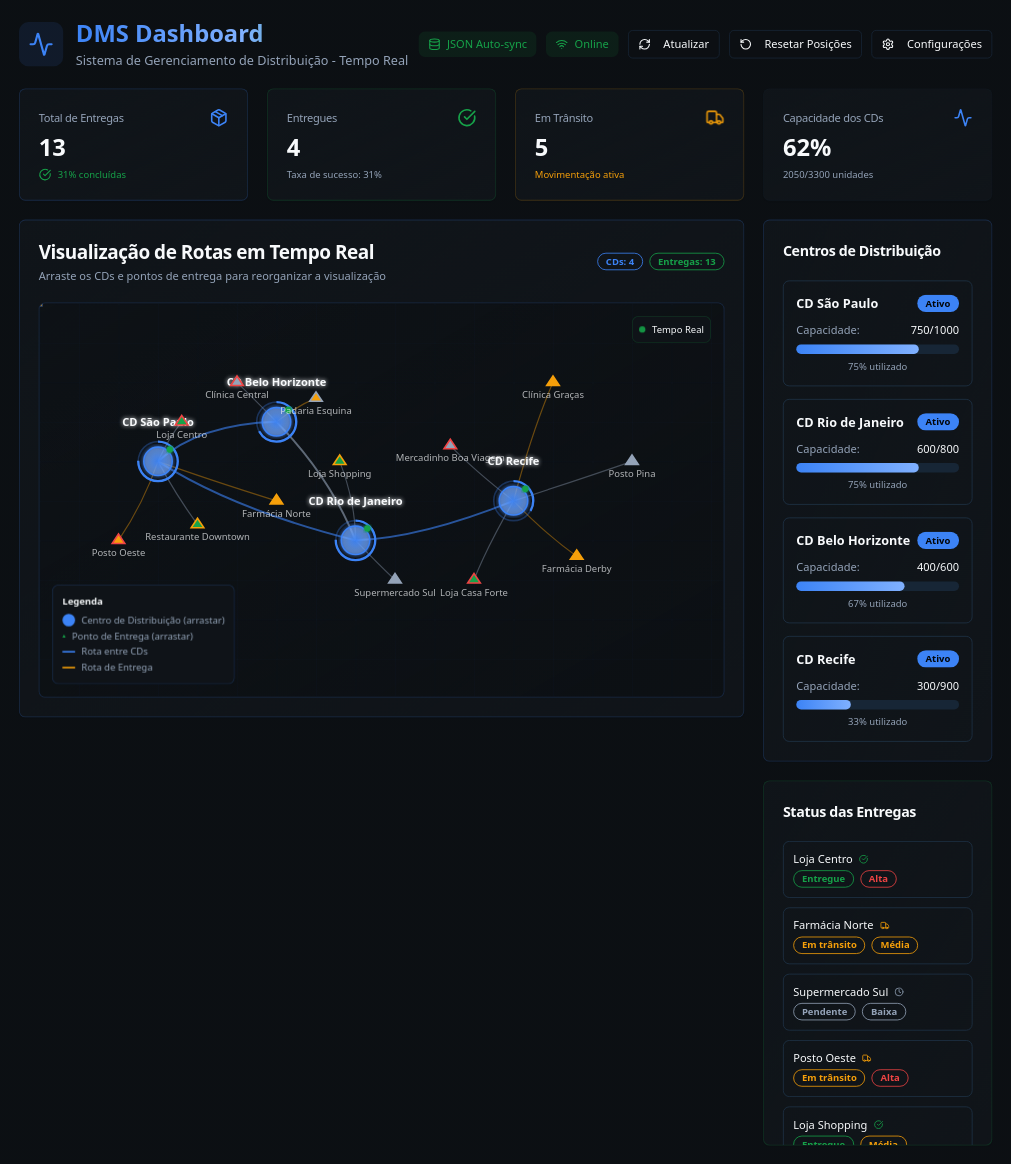
Repository: seskelsen/route-atlas
Page: /
These files come from the project's save history. The page is drawn as it stood at one moment and after the next save; the edit follows.
The browser window is 1280 px wide. The pictures show the whole page, at 79% of full size.
The project was rebuilt for these pictures with package versions that can differ from the ones it lists, and the page was loaded fresh each time. Also part of the build but not shown: vite.config.ts, src/components/ui/tooltip.tsx, src/pages/NotFound.tsx.

Above is the page before, as saved 2025-07-23 21:42:17.

After the next save:
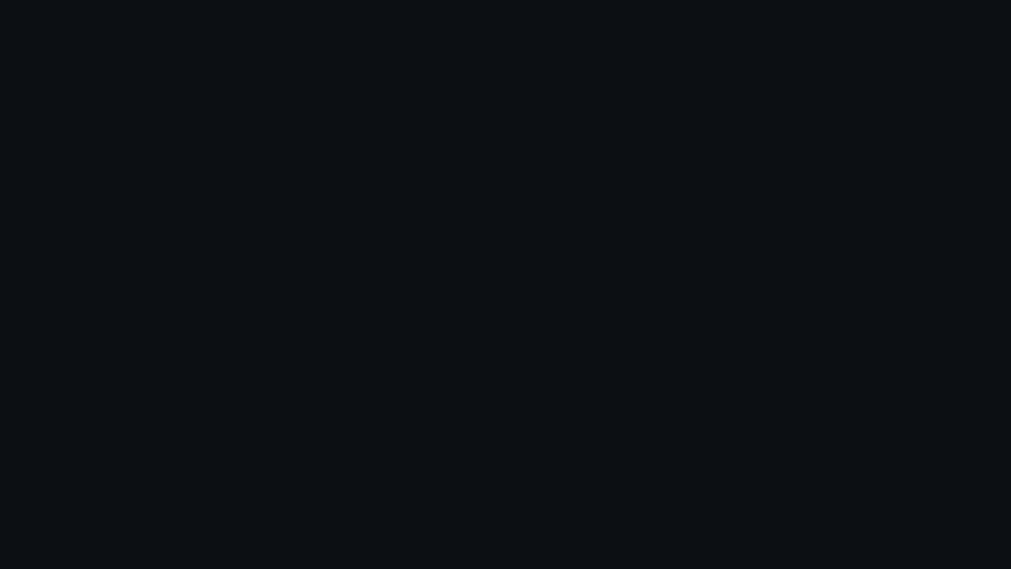
Console error: ReferenceError: hasUnsavedChanges is not defined
Saved 15 s later.
--- a/src/components/DMSDashboard.tsx
+++ b/src/components/DMSDashboard.tsx
@@ -26,27 +26,21 @@
 
 export const DMSDashboard: React.FC = () => {
   const [selectedCD, setSelectedCD] = useState<string | null>(null);
-  const [hasUnsavedChanges, setHasUnsavedChanges] = useState(false);
 
   // Carrega dados dos arquivos JSON automaticamente
-  const { cds, deliveryPoints, cdConnections, isLoading, error } = useDataLoader(30000); // 30 segundos
+  const { cds, deliveryPoints, cdConnections, isLoading, error, updatePositions } = useDataLoader(30000); // 30 segundos
 
   // Hook para salvar posições
-  const { savePositions, resetPositions } = usePositionSaver();
+  const { resetPositions } = usePositionSaver();
 
   // Função para salvar as novas posições
   const handleUpdateLocations = async (updatedCDs: any[], updatedDeliveryPoints: any[]) => {
-    setHasUnsavedChanges(true);
-    const success = await savePositions(updatedCDs, updatedDeliveryPoints);
-    if (success) {
-      setHasUnsavedChanges(false);
-    }
+    updatePositions(updatedCDs, updatedDeliveryPoints);
   };
 
   // Função para resetar posições
   const handleResetPositions = () => {
     resetPositions();
-    setHasUnsavedChanges(false);
     window.location.reload(); // Recarrega para aplicar as posições padrão
   };
 

After the save that followed:
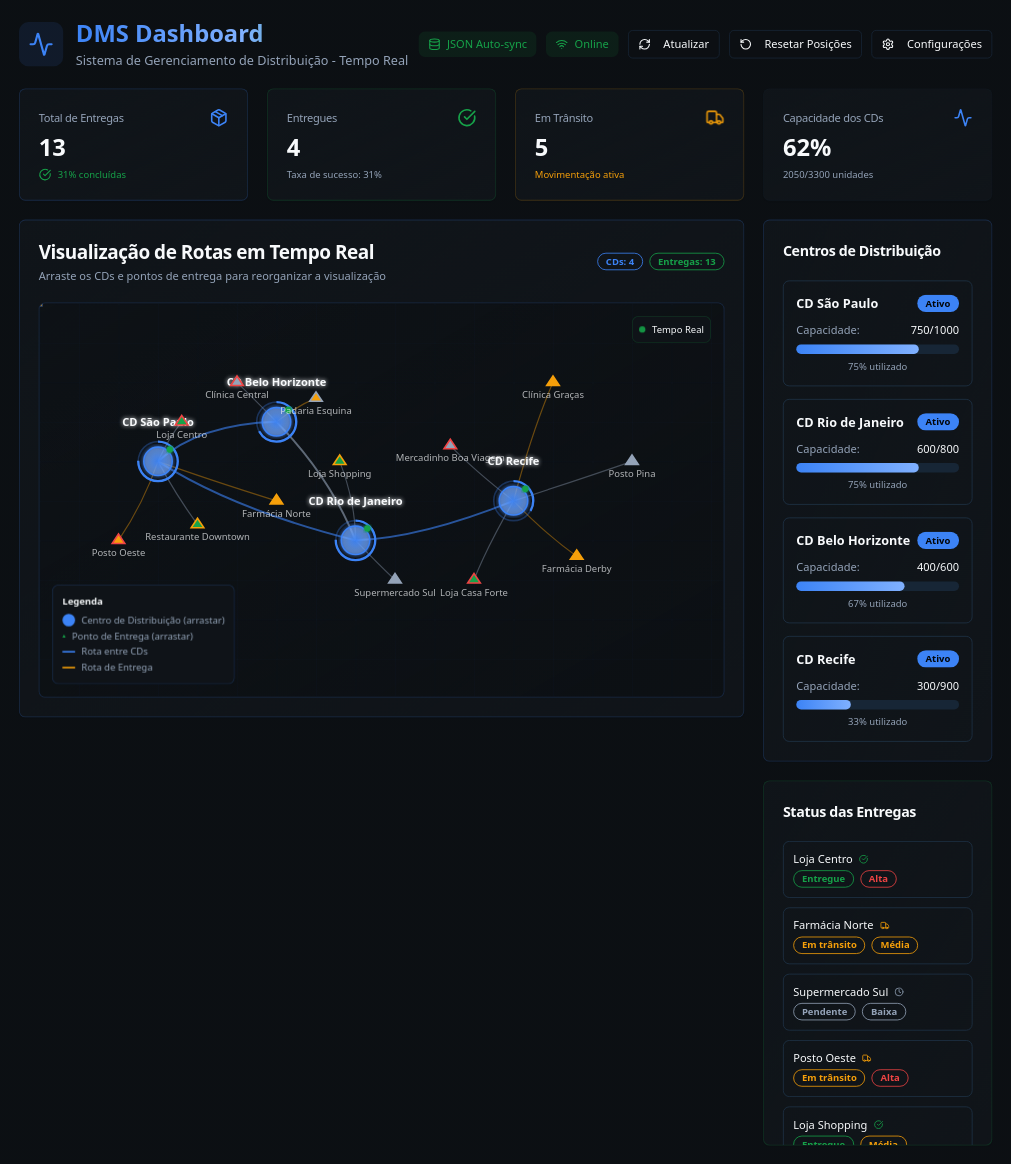
The error is gone.
Saved 14 s later.
--- a/src/components/DMSDashboard.tsx
+++ b/src/components/DMSDashboard.tsx
@@ -110,12 +110,6 @@
               <Wifi className="w-4 h-4 text-success" />
               <span className="text-sm text-success font-medium">Online</span>
             </div>
-            {hasUnsavedChanges && (
-              <div className="flex items-center gap-2 px-3 py-1.5 bg-warning/10 rounded-lg">
-                <Save className="w-4 h-4 text-warning" />
-                <span className="text-sm text-warning font-medium">Alterações não salvas</span>
-              </div>
-            )}
             <Button variant="outline" size="sm" onClick={() => window.location.reload()}>
               <RefreshCw className="w-4 h-4 mr-2" />
               Atualizar
